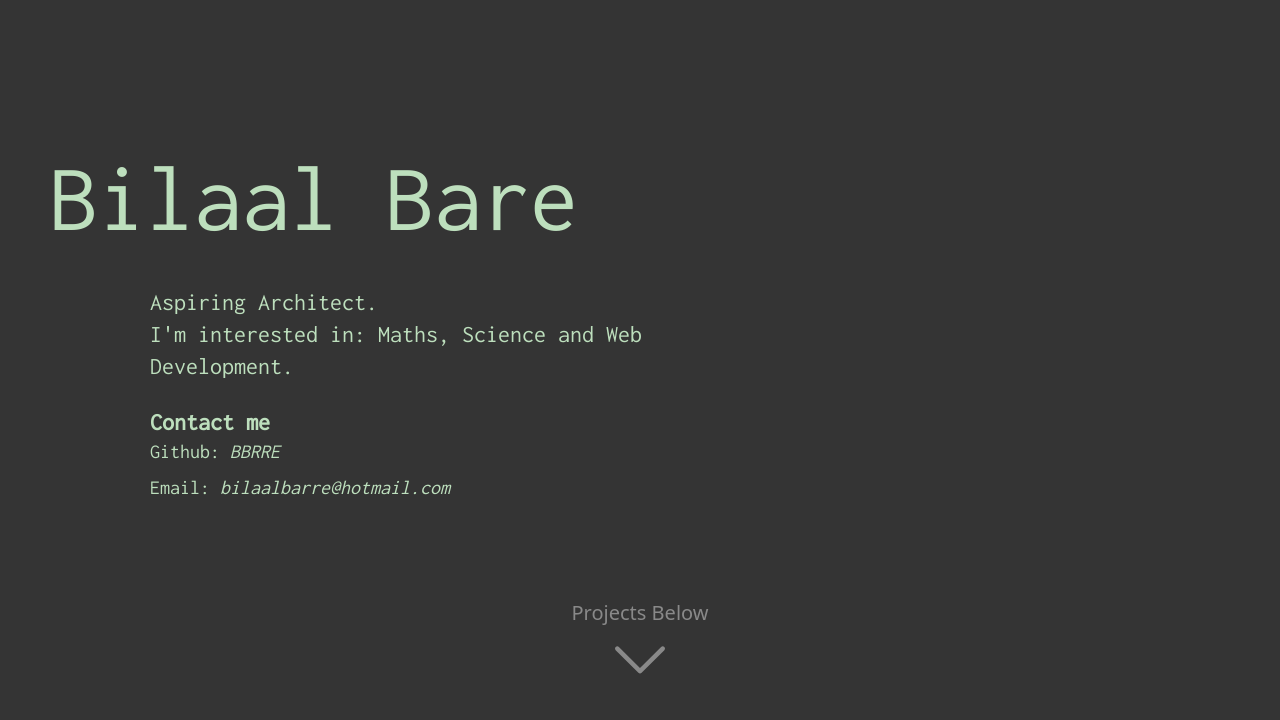
Repository: BBRRE/Portfolio-V2
Page: /
The author's editor kept a copy of each file at every save. The page is drawn from the files as they stood at one save, then again after the next save.
The browser window is 1280 px wide. The pictures show the whole page.
Pictures or frames that could not be fetched are drawn as grey boxes. An inner scrolling area shows only its first screen. Some web fonts or font styles are not loaded; a fallback is used. The project was rebuilt for these pictures with package versions that can differ from the ones it lists, and the page was loaded fresh each time. Also part of the build but not shown: vite.config.js, src/Subjects/Archi.jsx, src/Subjects/CompSci.jsx, src/Subjects/EEng.jsx, src/Subjects/Other.jsx, src/ErrorBoundary.jsx.

Above is the page before, as saved 2024-11-26 18:45:50.

### index.html
<!doctype html>
<html lang="en">
  <head>
    <meta charset="UTF-8" />
    <link rel="icon" type="image/svg+xml" href="src\assets\letter-bb.svg" />
    <link href="https://fonts.googleapis.com/css2?family=Inconsolata&family=Italiana&family=Hubballi&family=Julius+Sans+One&display=swap" rel="stylesheet">
    <link rel="preconnect" href="https://fonts.googleapis.com" />
<link rel="preconnect" href="https://fonts.gstatic.com" crossorigin />
<link
  rel="stylesheet"
  href="https://fonts.googleapis.com/css2?family=Roboto:wght@300;400;500;700&display=swap"
/>
<link
  rel="stylesheet"
  href="https://fonts.googleapis.com/icon?family=Material+Icons"
/>

    <meta name="viewport" content="width=device-width, initial-scale=1.0" />
    <title>Bilaal Bare</title>
  </head>
  <body>
    <div id="root"></div>
    <script type="module" src="/src/main.jsx"></script>
  </body>
</html>

### src/main.jsx
import React from 'react'
import ReactDOM from 'react-dom/client'
import App from './App'
import ErrorBoundary from './ErrorBoundary'
import './index.css'

ReactDOM.createRoot(document.getElementById('root')).render(
  <React.StrictMode>
    <ErrorBoundary>
      <App />
    </ErrorBoundary>
  </React.StrictMode>
)

### src/App.jsx
import { HashRouter as Router, Routes, Route } from 'react-router-dom';
import Archi from './Subjects/Archi.jsx'
import CompSci from './Subjects/CompSci.jsx'
import EEng from './Subjects/EEng.jsx'
import Other from './Subjects/Other.jsx'
import { HomePage } from './HomePage'
import { useState, useEffect } from 'react'

function App() {
  useEffect(() => {
    console.log('App component mounted')
  }, [])

  return (
    <Router>
        <Routes>
          <Route path="/" element={<HomePage />} />
          <Route path="/Architecture" element={<Archi />} />
          <Route path="/Electronic-Eng" element={<EEng />} />
          <Route path="/Computer-Sci" element={<CompSci />} />
          <Route path="/Other" element={<Other />} />
        </Routes>
    </Router>
  )
}

export default App

### src/index.css
@tailwind base;
@tailwind components;
@tailwind utilities;

@layer utilities {
  .bg-dot-pattern {
    background-image: radial-gradient(circle, rgba(0, 0, 0, 0.2) 1px, transparent 1px);
    background-size: 50px 50px; /* Adjust the spacing here */
  }
}

### src/HomePage.jsx
import React from 'react'
import ProjectsOverview from './Projects Overview';
import arrow from "./assets/down-arrow-svgrepo-com.svg";
import wrd from "./assets/uuundulate.svg"

export const HomePage = () => {
  return (
    <div className='h-screen w-full overflow-y-scroll snap-y snap-mandatory bg-[#343434]'>
      <div className='snap-start'>
        <div className='flex flex-col w-full h-screen snap-center relative overflow-hidden text-[#bddfbd]'>
          <img
            src={wrd}
            alt="Background wave"
            className='absolute scale-x-[-1]  md:right-0 top-0 w-full -z-10 md:w-auto bg-[#343434]'
          />

          <div className='px-4 md:px-0'>
            <h1 className='font-inconsolata text-4xl md:text-8xl mt-24 md:mt-[150px] md:ml-[50px] z-10'>
              Bilaal Bare
            </h1>

            <p className='font-inconsolata text-lg md:text-2xl w-full md:w-[500px] md:ml-[150px] mt-4 md:mt-[40px] mb-6 z-10'>
              Aspiring Architect. <br/>
              I'm interested in: Maths, Science and Web Development.
            </p>

            <div className='ml-4 md:ml-[150px] z-10'>
              <h2 className='font-inconsolata text-xl md:text-2xl font-bold'>Contact me</h2>
              <ul className='font-inconsolata text-base md:text-xl space-y-2'>
                <li>
                  Github: <a
                    className='italic hover:text-blue-600 transition-colors'
                    href="https://github.com/BBRRE"
                    target="_blank"
                    rel="noopener noreferrer"
                  >
                    BBRRE
                  </a>
                </li>
                <li>
                  Email: <a
                    className='italic hover:text-blue-600 transition-colors'
                    href="mailto:bilaalbarre@hotmail.com?subject=Email from Portfolio"
                  >
                    bilaalbarre@hotmail.com
                  </a>
                </li>
              </ul>
            </div>
          </div>

          <div className='flex flex-col mt-auto mb-8 animate-bounce'>
            <h3 className='mx-auto text-lg md:text-xl mb-2 text-[#898989]'>
              Projects Below
            </h3>
            <img
              src={arrow}
              alt="Scroll down arrow"
              className='w-8 md:w-[50px] mt-auto mx-auto'
            />
          </div>
        </div>
      </div>

      <div className='snap-start'>
        <ProjectsOverview />
      </div>
    </div>
  )
}

export default HomePage;

### src/Projects Overview.jsx
import React, { useState } from 'react';
import { useNavigate } from 'react-router-dom';
import archi from "./assets/arch.jpg";
import eeng from "./assets/Schematics.png";
import compsci from "./assets/code.png";
import other from "./assets/ffflux.svg";

const projects = [
    { image: archi, title: "Architecture", alt: "Architecture", font: 'italiana', color: '#F9F7F0' },
    { image: eeng, title: "Electronic-Eng", alt: 'Hardware' , font: 'hubballi', color: '#e5fbe8' },
    { image: compsci, title: "Computer-Sci", alt: 'Front-End', font: 'julius', color: '#B5C0B7' },
    { image: other, title: "Other", alt: "Other", font: 'inconsolata', color: '#F7F0D7' },
];

const ProjectsOverview = () => {
    const [activeIndex, setActiveIndex] = useState(null);
    const [transitioning, setTransitioning] = useState(false);
    const navigate = useNavigate();

    const handleClick = (index, subject) => {
        setActiveIndex(index);
        setTransitioning(true);

        // Navigate after animation completes
        setTimeout(() => {
            navigate(subject);
        }, 900); // Match this with your transition duration
    };

    return (
        <div className="flex flex-col w-full h-[100vh] bg-[#343434] snap-center overflow-hidden">
            {projects.map((project, index) => (
                <div
                    onClick={() => handleClick(index, project.title)}
                    key={index}
                    style={{
                        backgroundColor: project.color,
                        transition: 'all 0.7s cubic-bezier(0.4, 0, 0.2, 1)',
                        flex: transitioning
                            ? activeIndex === index ? '1 0 100%' : '0 0 0%'
                            : '1 0 25%'
                    }}
                    className={`
                        relative
                        group
                        flex
                        items-center
                        overflow-hidden
                    `}
                >
                    <img
                        src={project.image}
                        alt={project.title}
                        className={`
                            absolute
                            top-0
                            w-full
                            h-[120%]
                            object-cover
                            transition-all
                            duration-1000
                            ease-out
                            ${project.title === "Other"
                                ? "group-hover:-hue-rotate-30"
                                : "group-hover:top-[-20%]"
                            }
                            ${transitioning && activeIndex === index
                                ? "opacity-0 delay-300 duration-150  ease-in"
                                : ""
                            }
                        `}
                    />
                    <h1
                    style={{ fontFamily: project.font }}
                        className={`
                            2xl:text-9xl
                            xl:text-7xl
                            md:text-7xl
                            text-5xl
                            ml-[5%]
                            z-10
                            transition-opacity
                            duration-75
                            ${transitioning && activeIndex === index
                                ? "opacity-0"
                                : "opacity-100"
                            }
                        `}
                    >
                        {project.alt}
                    </h1>
                </div>
            ))}
        </div>
    );
}

export default ProjectsOverview;

### tailwind.config.js
/** @type {import('tailwindcss').Config} */
export default {
    darkMode: ["class"],
    content: ["index.css",
  "./src/**/*.{js,ts,jsx,tsx}",],
  theme: {
  	extend: {
  		backgroundImage: {
  			noise: "url('/src/assets/nnnoise.svg')",
  			undulate: "url('/src/assets/uuundulate.svg')"
  		},
  		fontFamily: {
  			inconsolata: ['Inconsolata', 'monospace'],
  			italiana: ['Italiana', 'serif'],
  			hubballi: ['Hubballi', 'cursive'],
  			julius: ['Julius Sans One"', 'sans-serif']
  		},
      keyframes: {
        fadeIn: {
          '0%': { opacity: '0' },
          '100%': { opacity: '1' },
        },
      }
  	}
  }
}

After the next save:
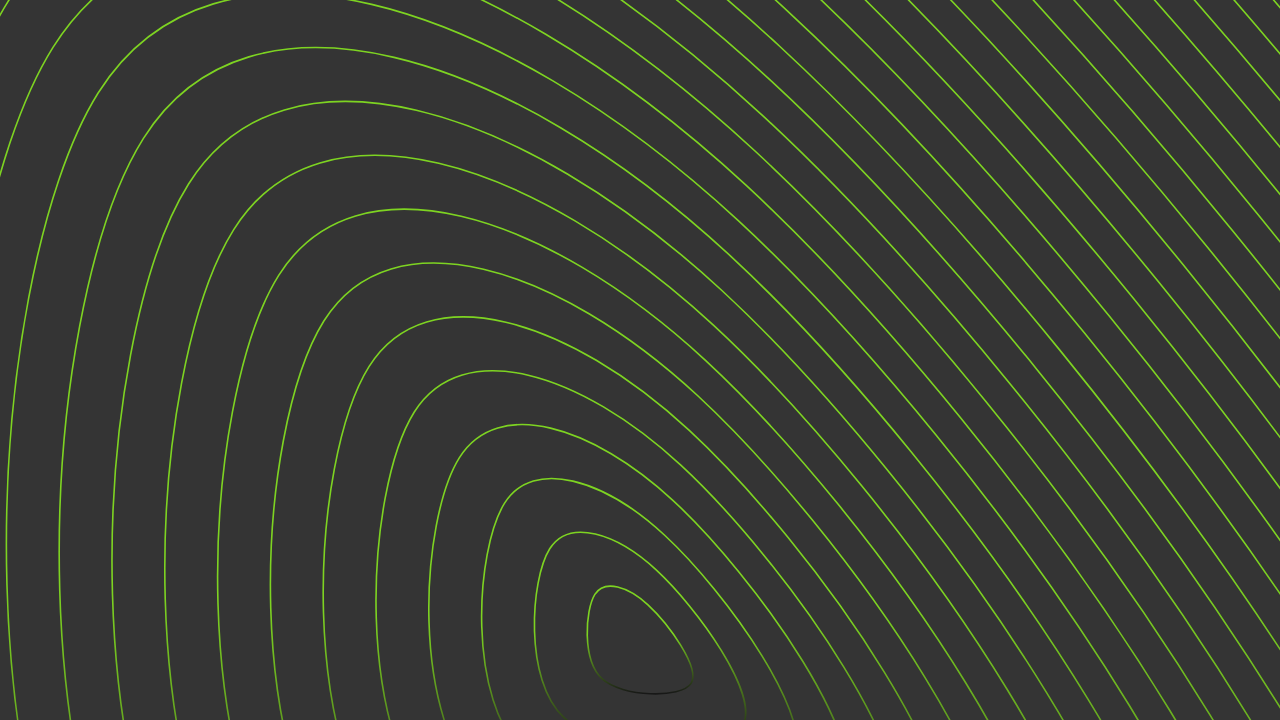
Saved 10 s later.
--- a/src/HomePage.jsx
+++ b/src/HomePage.jsx
@@ -11,7 +11,7 @@ export const HomePage = () => {
           <img
             src={wrd}
             alt="Background wave"
-            className='absolute scale-x-[-1]  md:right-0 top-0 w-full -z-10 md:w-auto bg-[#343434]'
+            className='absolute scale-x-[-1]  md:right-0 top-0 w-full z-10 md:w-auto bg-[#343434]'
           />
 
           <div className='px-4 md:px-0'>
